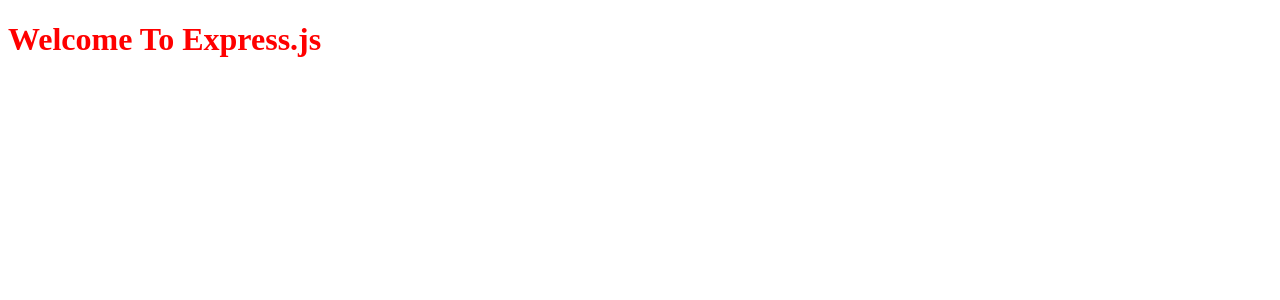
Repository: AalokJadhav/Being_Express.Js
Page: public/index.html
The author's editor kept a copy of each file at every save. The page is drawn from the files as they stood at one save, then again after the next save.
The browser window is 1280 px wide. The pictures show the whole page.

Above is the page before, as saved 2020-11-09 00:44:52.

### public/index.html
<!DOCTYPE html>
<html lang="en">
<head>
    <meta charset="UTF-8">
    <meta name="viewport" content="width=device-width, initial-scale=1.0">
    <title>Document</title>
    <link rel="stylesheet" href="/public/css/style.css">
</head>
<body>
    <h1> Welcome To Express.js</h1>
</body>
</html>

Loaded but not shown: public/css/style.css (common file)

After the next save:
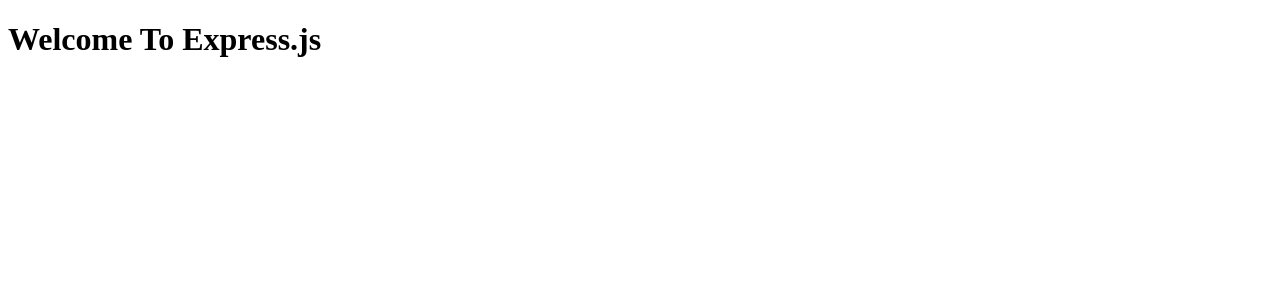
Not found: public/style.css
Saved 27 s later.
--- a/public/index.html
+++ b/public/index.html
@@ -4,7 +4,7 @@
     <meta charset="UTF-8">
     <meta name="viewport" content="width=device-width, initial-scale=1.0">
     <title>Document</title>
-    <link rel="stylesheet" href="/public/css/style.css">
+    <link rel="stylesheet" href="style.css">
 </head>
 <body>
     <h1> Welcome To Express.js</h1>
